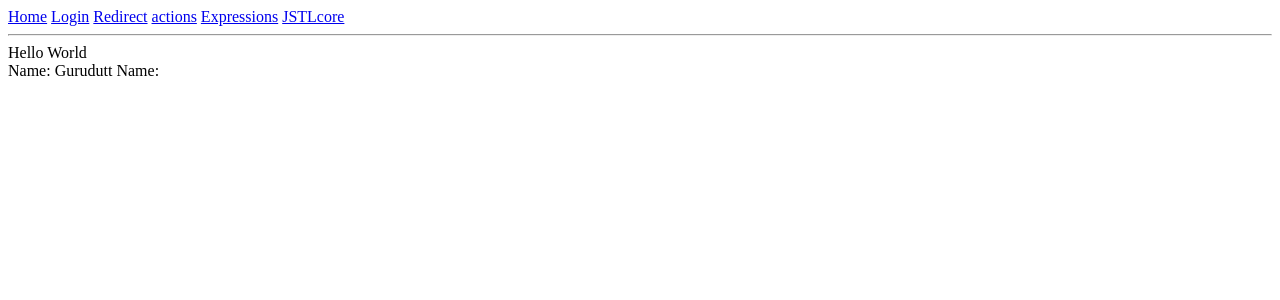
Repository: Gurudutt-S/cts-training
Page: http://localhost/ImplicitObjects/jstlCore.jsp
An editor plug-in stored every save of this project. The page is shown before and after a run of saves, followed by the edit.
The browser window is 1280 px wide. The pictures show the whole page.
The page is served by Tomcat 9. Other server files are loaded and not shown.

Above is the page before, as saved 2020-02-05 08:52:45.

### Day_30/ImplicitObjects/WebContent/jstlCore.jsp
<%@include file="header.jsp"%>

<c:out value="Hello World"></c:out>
<c:set var="name" value="Gurudutt" />
<br>
Name: <c:out value="${name }"></c:out>

<c:remove var="name"/>
Name: <c:out value="${name }"></c:out>

</body>
</html>

### Day_30/ImplicitObjects/WebContent/header.jsp
<%@ page language="java" contentType="text/html; charset=ISO-8859-1"
	pageEncoding="ISO-8859-1"%>
<%@taglib uri="http://java.sun.com/jsp/jstl/core" prefix="c"%>

<!DOCTYPE html>
<html>
<head>
<meta charset="ISO-8859-1">
<title>header</title>
</head>
<body>

	<div style="">
		<a href="index.jsp">Home</a>
		<a href="login.jsp">Login</a>
		<a href="hello.jsp">Redirect</a>
		<a href="actions.jsp">actions</a>
		<a href="expressions.jsp">Expressions</a>
		<a href="jstlCore.jsp">JSTLcore</a>
	</div>
	<hr>

</body>
</html>

After the next 2 saves:
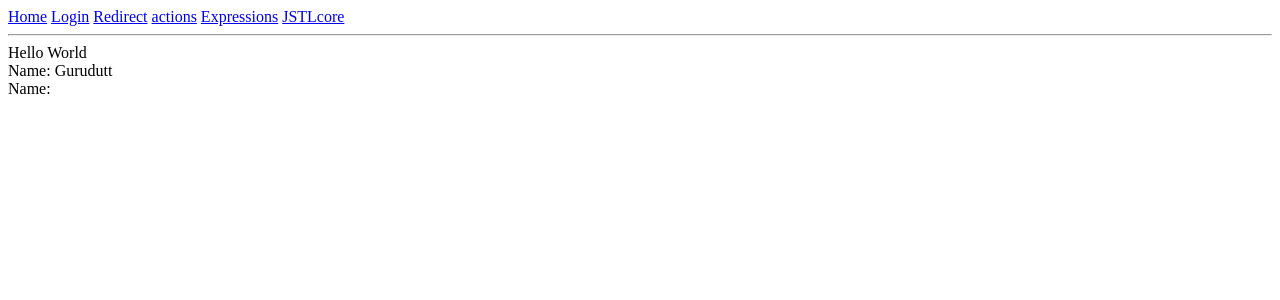
The 2 saves are shown as one change because they came seconds apart.
The last was saved 25 s later.
--- a/Day_30/ImplicitObjects/WebContent/jstlCore.jsp
+++ b/Day_30/ImplicitObjects/WebContent/jstlCore.jsp
@@ -3,10 +3,13 @@
 <c:out value="Hello World"></c:out>
 <c:set var="name" value="Gurudutt" />
 <br>
-Name: <c:out value="${name }"></c:out>
+Name:
+<c:out value="${name }"></c:out>
 
-<c:remove var="name"/>
-Name: <c:out value="${name }"></c:out>
+<c:remove var="name" />
+<br>
+Name:
+<c:out value="${name }"></c:out>
 
 </body>
 </html>
